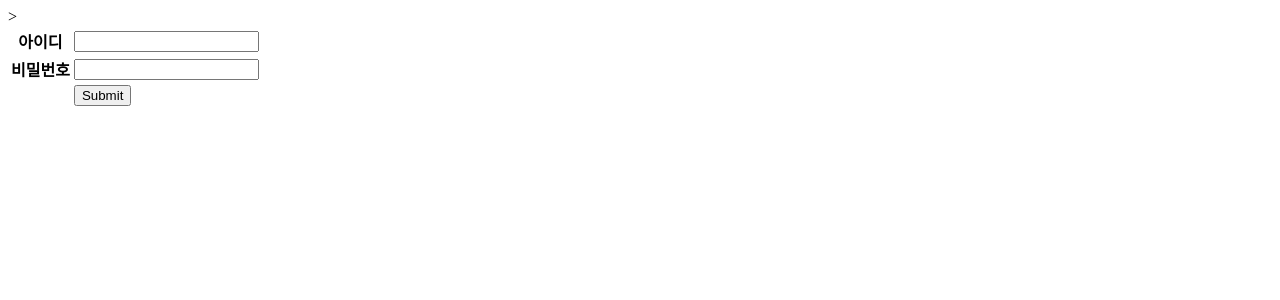
Repository: Gun-stack/jsp
Page: http://localhost/hello/login.jsp
The author's editor kept a copy of each file at every save. The page is drawn from the files as they stood at one save, then again after the next save.
The browser window is 1280 px wide. The pictures show the whole page.
The page is served by Tomcat 9.

Above is the page before, as saved 2023-09-19 03:48:07.

After the next save:
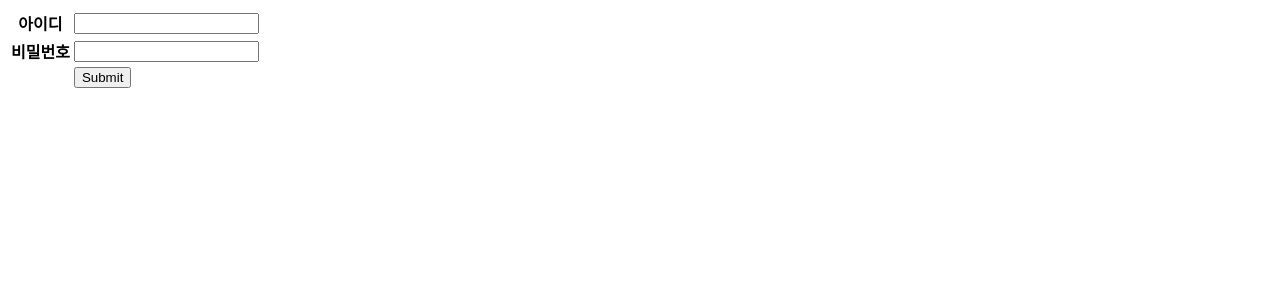
Saved 62 s later.
--- a/jsp_workspace/hello/src/main/webapp/login.jsp
+++ b/jsp_workspace/hello/src/main/webapp/login.jsp
@@ -7,7 +7,7 @@
 <title>Insert title here</title>
 </head>
 <body>
-<form action="login" method="post">></form>
+<form action="login" method="post">
 <table>
 	<tr>
 		<th>아이디</th>
@@ -25,5 +25,9 @@
 
 </table>
 
+
+
+</form>
+
 </body>
 </html>
